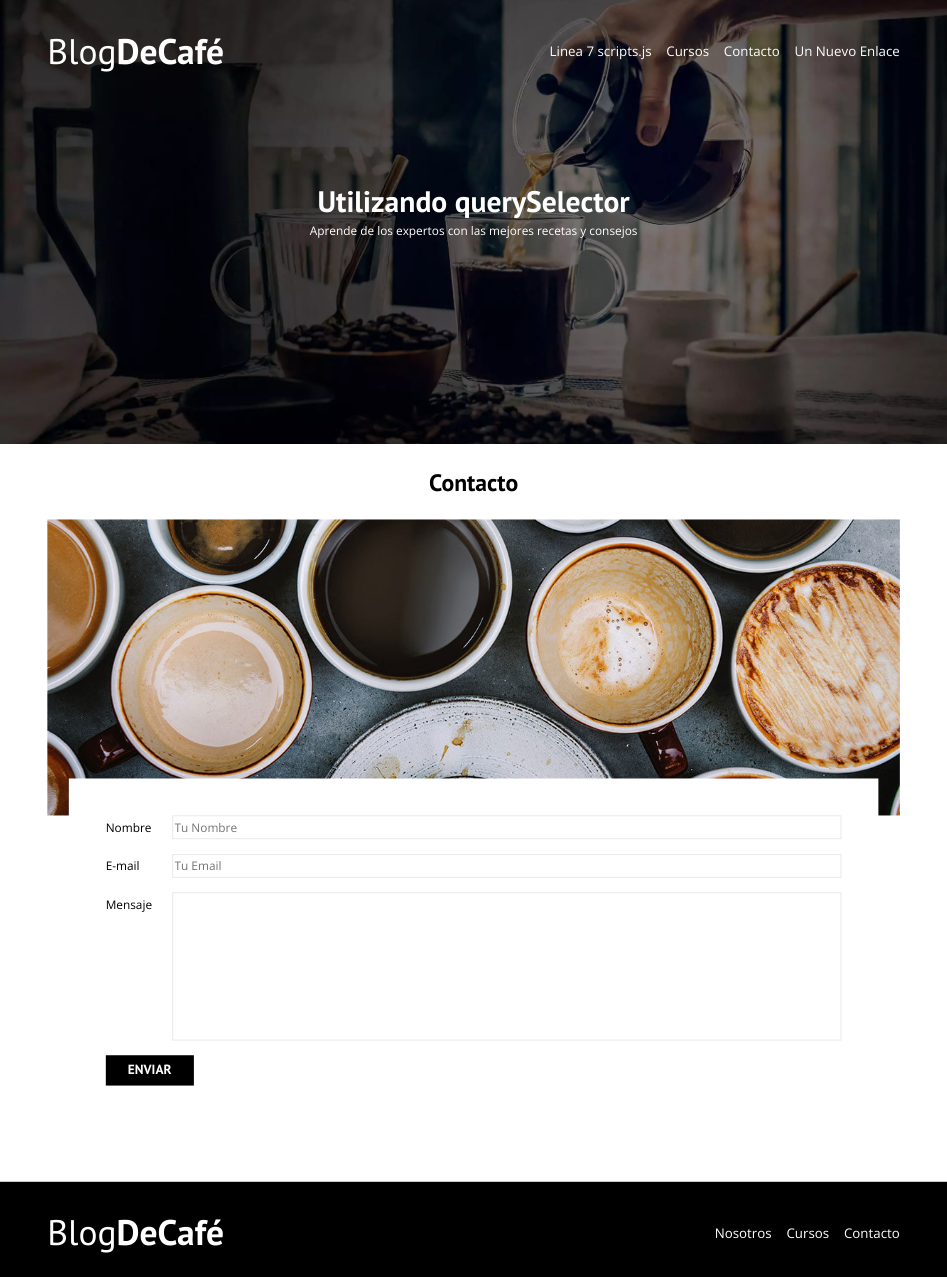
Repository: araque1990/blog_de_cafe
Page: contacto.html
These files come from the project's save history. The page is drawn as it stood at one moment and after the next save; the edit follows.
The browser window is 1280 px wide. The pictures show the whole page, at 74% of full size.

Above is the page before, as saved 2023-01-22 21:16:28.

After the next save:
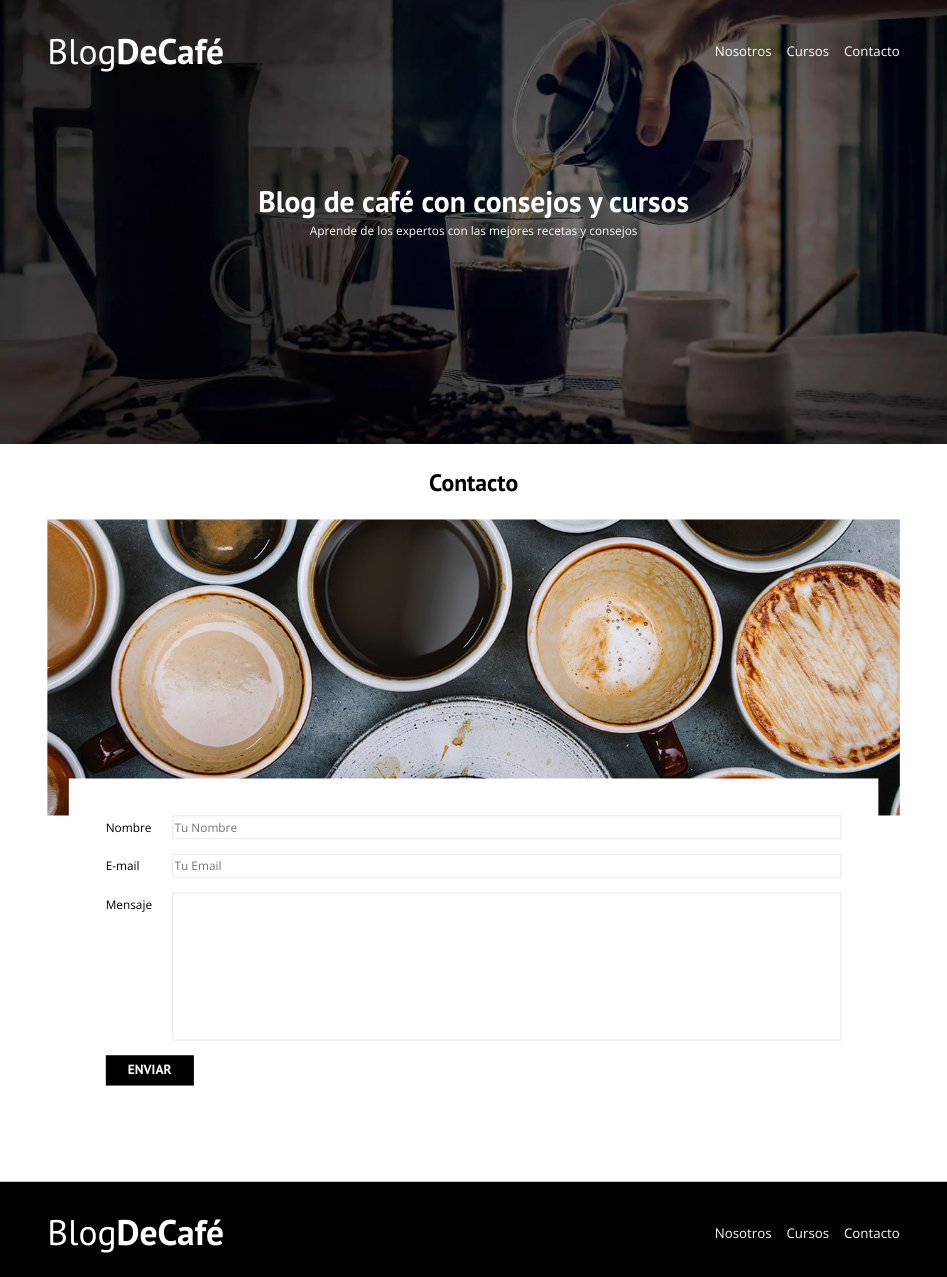
Console error: SyntaxError: missing ) after argument list
Saved 24 s later.
--- a/js/scripts.js
+++ b/js/scripts.js
@@ -27,7 +27,7 @@
 //Eventos
 console.log(1);
 
-window.addEventListener('load', imprimir()) // load espera a que el JS y los archivos que dependen del HTML estén listos;
+window.addEventListener('load', imprimir // load espera a que el JS y los archivos que dependen del HTML estén listos;
 
 window.onload = function() {
   console.log(3);

After the save that followed:
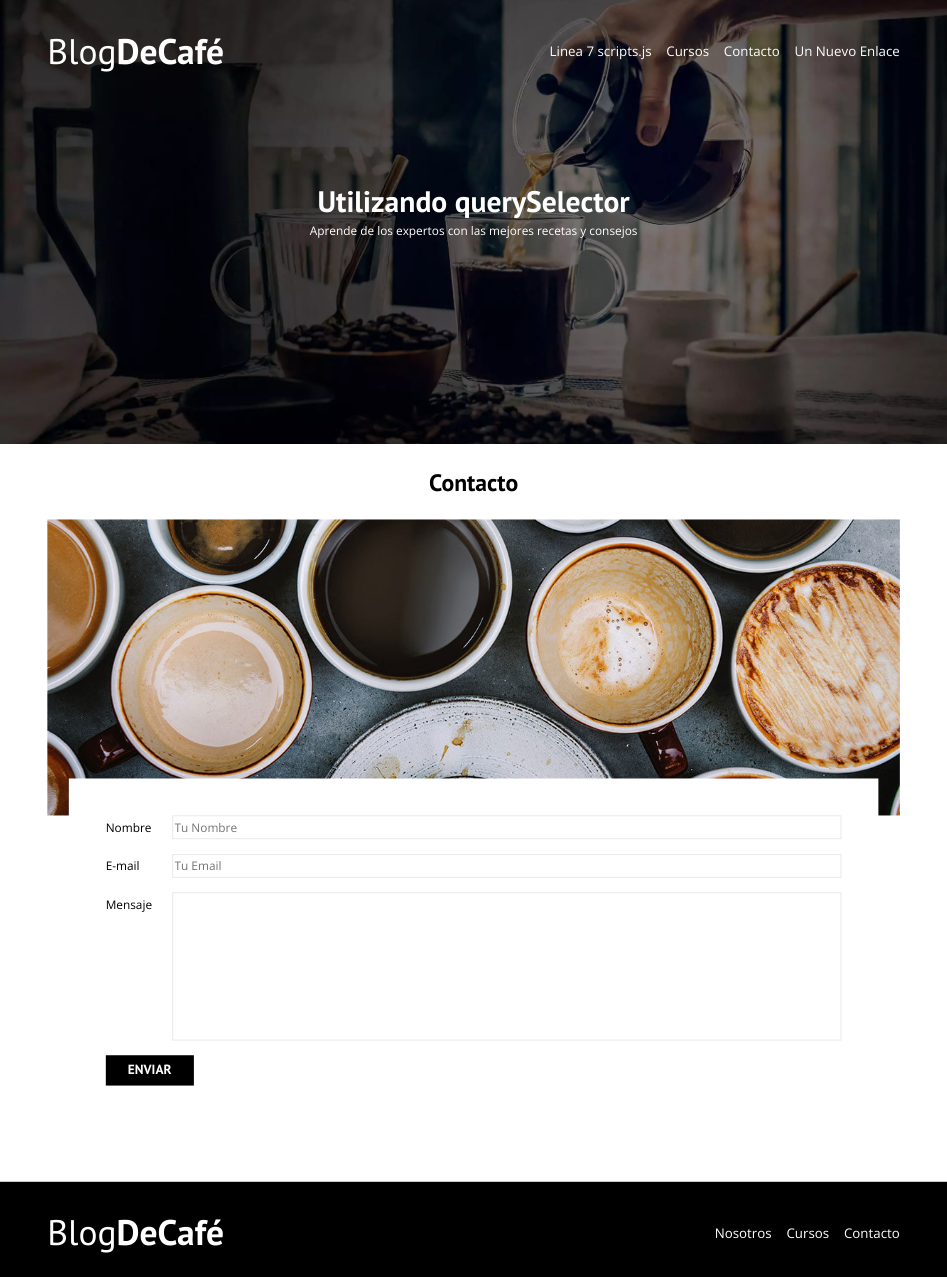
The error is gone.
Saved 5 s later.
--- a/js/scripts.js
+++ b/js/scripts.js
@@ -27,7 +27,7 @@
 //Eventos
 console.log(1);
 
-window.addEventListener('load', imprimir // load espera a que el JS y los archivos que dependen del HTML estén listos;
+window.addEventListener('load', imprimir) // load espera a que el JS y los archivos que dependen del HTML estén listos;
 
 window.onload = function() {
   console.log(3);
